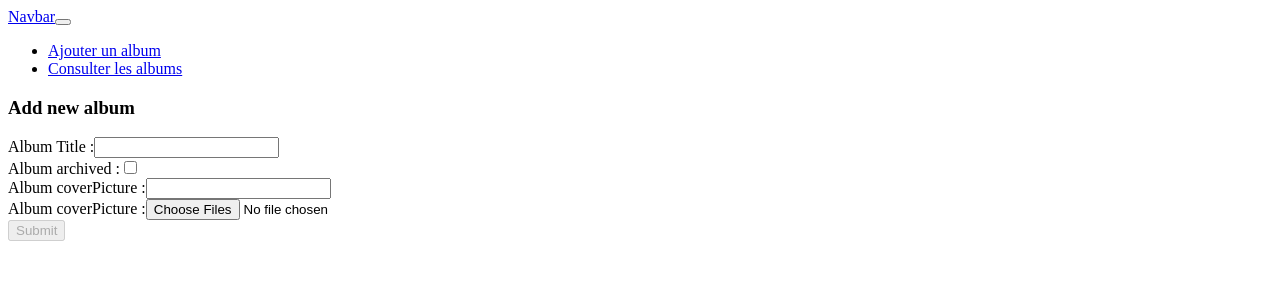
Repository: yassinecher/TestCC4SAE6
Page: /albums/add
The author's editor kept a copy of each file at every save. The page is drawn from the files as they stood at one save, then again after the next save.
The browser window is 1280 px wide. The pictures show the whole page.
The project was rebuilt for these pictures with package versions that can differ from the ones it lists, and the page was loaded fresh each time. Also part of the build but not shown: angular.json, src/app/components/albums/albums.component.ts, src/app/components/not-found/not-found.component.ts.

Above is the page before, as saved 2024-12-20 14:59:59.

### src/index.html
<!doctype html>
<html lang="en">
<head>
  <meta charset="utf-8">
  <title>TestCCYassinecherni</title>
  <base href="/">
  <meta name="viewport" content="width=device-width, initial-scale=1">
  <link rel="icon" type="image/x-icon" href="favicon.ico">
</head>
<body>
  <app-root></app-root>
</body>
</html>

### src/app/app.module.ts
import { NgModule } from '@angular/core';
import { BrowserModule } from '@angular/platform-browser';

import { AppComponent } from './app.component';
import { AppRoutingModule } from './app-routing.module';
import { NavBarComponent } from './components/nav-bar/nav-bar.component';
import { AlbumsComponent } from './components/albums/albums.component';
import { AddAlbumsComponent } from './components/add-albums/add-albums.component';
import { NotFoundComponent } from './components/not-found/not-found.component';
import { FormsModule, ReactiveFormsModule } from '@angular/forms';

@NgModule({
  declarations: [
    AppComponent,
    NavBarComponent,
    AlbumsComponent,
    AddAlbumsComponent,
    NotFoundComponent,

  ],
  imports: [
    BrowserModule,
    AppRoutingModule,
    FormsModule,

    ReactiveFormsModule
  ],
  providers: [],
  bootstrap: [AppComponent]
})
export class AppModule { }

### src/app/app.component.ts
import { Component } from '@angular/core';

@Component({
  selector: 'app-root',
  templateUrl: './app.component.html',
  styleUrls: ['./app.component.css']
})
export class AppComponent {
  title = 'testCC_Yassinecherni';
}

### src/app/app-routing.module.ts
import { NgModule } from '@angular/core';
import { RouterModule, Routes } from '@angular/router';
import { AlbumsComponent } from './components/albums/albums.component';
import { AddAlbumsComponent } from './components/add-albums/add-albums.component';
import { NotFoundComponent } from './components/not-found/not-found.component';

const routes: Routes = [
  { path: 'albums', component: AlbumsComponent },
  { path: '', redirectTo: '/albums', pathMatch: 'full' },

  { path: 'albums/add', component: AddAlbumsComponent },
  { path: '**', component: NotFoundComponent },
];

@NgModule({
  imports: [RouterModule.forRoot(routes)],
  exports: [RouterModule]
})
export class AppRoutingModule { }

### src/app/components/add-albums/add-albums.component.ts
import { Component, OnInit } from '@angular/core';
import { FormControl, FormGroup, Validators } from '@angular/forms';

@Component({
  selector: 'app-add-albums',
  templateUrl: './add-albums.component.html',
  styleUrls: ['./add-albums.component.css']
})
export class AddAlbumsComponent  {
updateFiles($event: any) {
  console.log($event.target.files)
}
add() {
console.log(this.album.valid)

}
  album!: FormGroup;
  ngOnInit(): void {
    this.album = new FormGroup({
      title: new FormControl('', [
        Validators.required,
        Validators.pattern('[0-9 a-z A-Z]+'),
      ]),
      creationDate: new FormControl(new Date(), [
        Validators.required,
      ]),
      archived: new FormControl(0),
      coverPicture: new FormControl('', [Validators.minLength(5)]),
      photos: new FormControl([]),

    });

  }
}

### src/app/app.component.html
<app-nav-bar>
</app-nav-bar>

  <router-outlet></router-outlet>

### src/app/components/nav-bar/nav-bar.component.html
<nav class="navbar navbar-expand-lg navbar-light bg-light">
    <div class="container-fluid">
        <a class="navbar-brand" href="#">Navbar</a>
        <button class="navbar-toggler" type="button" data-bs-toggle="collapse" data-bs-target="#navbarNav"
            aria-controls="navbarNav" aria-expanded="false" aria-label="Toggle navigation">
            <span class="navbar-toggler-icon"></span>
        </button>
        <div class="collapse navbar-collapse" id="navbarNav">
            <ul class="navbar-nav">
                <li class="nav-item">
                    <a class="nav-link active" aria-current="page"
                    routerLink="/albums/add">Ajouter un album</a>
                </li>
                <li class="nav-item">
                    <a class="nav-link active" aria-current="page"
                    routerLink="/albums">Consulter les albums</a>
                </li>
            </ul>
        </div>
    </div>
</nav>

### src/app/components/add-albums/add-albums.component.html
<div class="container">
    <div class="row">
        <h3>Add new album</h3>
    </div>
    <div class="row">
        <form [formGroup]="album">
            <div class="mb-3">
                <label>Album Title :</label>
                <input type="text" class="form-control" formControlName="title">
                <div class="alert alert-danger" *ngIf="album.get('title')!.invalid
                && (album.get('title')!.touched||album.get('title')!.dirty)">
                    <div *ngIf="album.get('title')!.hasError('required')">
                        album Title is required</div>
                    <div *ngIf="album.get('title')!.hasError('pattern')">
                        album Title invalid</div>
                </div>
            </div>
            <div class="mb-3">
                <label>Album archived :</label>
                <input type="checkbox" class="form-control" formControlName="archived">
            </div>
            <div class="mb-3">
                <label>Album coverPicture :</label>
                <input type="text" class="form-control" formControlName="coverPicture">
                <div class="alert alert-danger" *ngIf="album.get('coverPicture')!.invalid
                && (album.get('coverPicture')!.touched||album.get('coverPicture')!.dirty)">
                    <div *ngIf="album.get('coverPicture')!.hasError('required')">
                        album number is required</div>
                    <div *ngIf="album.get('coverPicture')!.hasError('pattern')">
                        album number invalid</div>
                </div>
            </div>
            <div class="mb-3">
                <label>Album coverPicture :</label>
                <input (change)="updateFiles($event)" type="file"  multiple class="form-control" formControlName="coverPicture">
                <div class="alert alert-danger" *ngIf="album.get('coverPicture')!.invalid
                && (album.get('coverPicture')!.touched||album.get('coverPicture')!.dirty)">
                    <div *ngIf="album.get('coverPicture')!.hasError('required')">
                        album number is required</div>
                    <div *ngIf="album.get('coverPicture')!.hasError('pattern')">
                        album number invalid</div>
                </div>
            </div>
            <div class="mb-3">
                <button [disabled]="album.invalid" type="sumbit" value="Submit" class="btn btn-outline-success" (click)="add()">Submit</button>
            </div>
        </form>
    </div>
</div>

Loaded but not shown: src/styles.css (common file); src/main.ts (common file); src/app/components/nav-bar/nav-bar.component.ts (common file); src/app/app.component.css (no stored copy; drawn as an empty file); src/app/components/add-albums/add-albums.component.css (no stored copy; drawn as an empty file); src/app/components/nav-bar/nav-bar.component.css (no stored copy; drawn as an empty file)

After the next save:
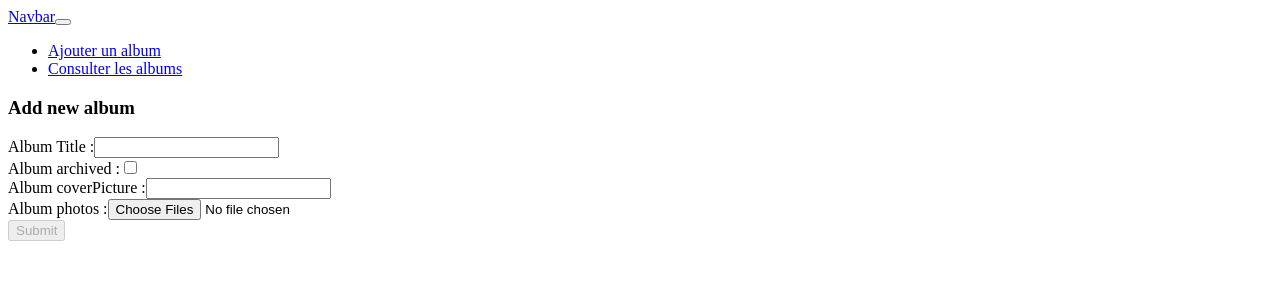
Saved 33 s later.
--- a/src/app/components/add-albums/add-albums.component.html
+++ b/src/app/components/add-albums/add-albums.component.html
@@ -31,7 +31,7 @@
                 </div>
             </div>
             <div class="mb-3">
-                <label>Album coverPicture :</label>
+                <label>Album photos :</label>
                 <input (change)="updateFiles($event)" type="file"  multiple class="form-control" formControlName="coverPicture">
                 <div class="alert alert-danger" *ngIf="album.get('coverPicture')!.invalid
                 && (album.get('coverPicture')!.touched||album.get('coverPicture')!.dirty)">
